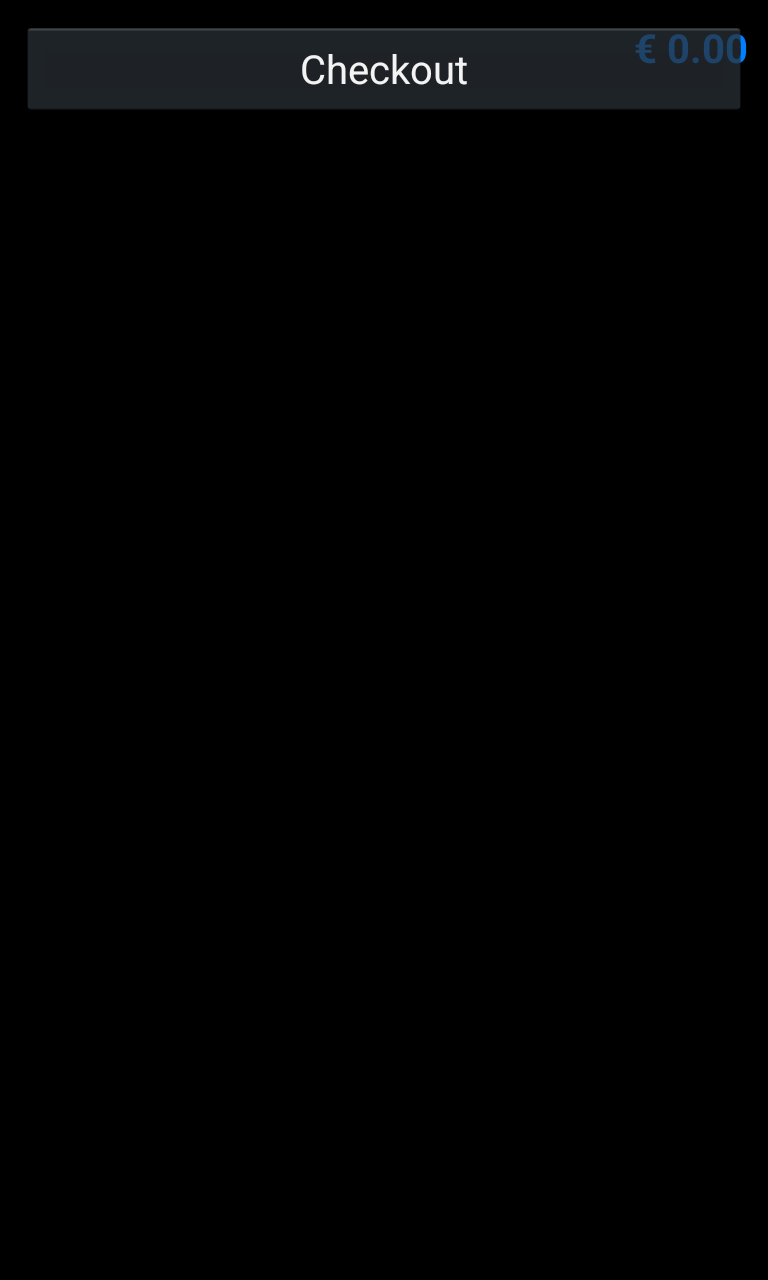
Repository: Adammdit/DT2283GUI
Layout: GunSmoke/res/layout/activity_main.xml
An editor plug-in stored every save of this project. The layout is shown before and after the next save, followed by the edit.
It is drawn on a 768 x 1280 px phone screen (xhdpi) without system bars, with theme android:Theme.Holo; the app's code is not run. Lists and similar views that code fills are empty.

Above is the layout before, as saved 2014-11-10 09:46:38.

### GunSmoke/res/layout/activity_main.xml
<RelativeLayout xmlns:android="http://schemas.android.com/apk/res/android"
    xmlns:tools="http://schemas.android.com/tools"
    android:id="@+id/LinearLayout1"
    android:layout_width="match_parent"
    android:layout_height="wrap_content"
    android:paddingBottom="10dp"
    android:paddingLeft="10dp"
    android:paddingRight="10dp"
    android:paddingTop="10dp"
    android:orientation="vertical"
    tools:context=".MainActivity" >

    <TextView
        android:id="@+id/cartTotal"
        android:layout_width="match_parent"
  		android:layout_height="wrap_content"
  		android:gravity="right"
        android:textSize="20sp"
  		android:text="€ 0.00"
  		android:textColor="@color/total"
  		android:textStyle="bold"
  		android:layout_weight="2"/>




    <ExpandableListView
        android:id="@+id/listView"
        android:layout_width="match_parent"
        android:layout_height="wrap_content"
        android:layout_weight="1" />


    <Button
        android:id="@+id/checkout"
        style="?android:attr/buttonStyleSmall"
        android:layout_width="fill_parent"
        android:layout_height="wrap_content"
        android:layout_gravity="bottom"
        android:layout_weight="0"
        android:textSize="20sp"
        android:layout_below="@+id/listView"
        android:text="Checkout" />

</RelativeLayout>

### GunSmoke/res/values/colors.xml
<?xml version="1.0" encoding="utf-8"?>
<resources>
	<color name="khaki">#663300</color>
	<color name="price">#E5FFCC</color>
	<color name="name">#CC6600</color>
	<color name="total">#0080FF</color>
	<color name="formBackground">#3D3D00</color>
</resources>

After the next save:
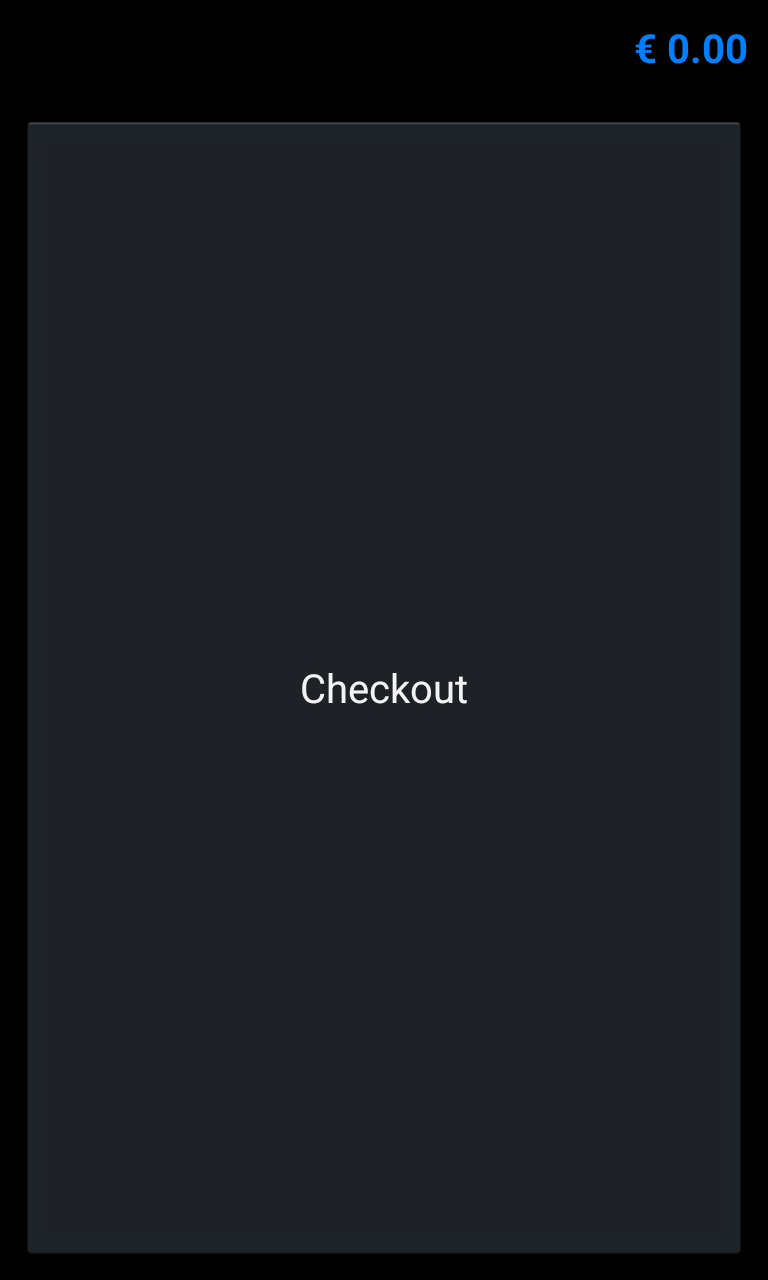
Saved 6 min 27 s later.
--- a/GunSmoke/res/layout/activity_main.xml
+++ b/GunSmoke/res/layout/activity_main.xml
@@ -28,7 +28,9 @@
         android:id="@+id/listView"
         android:layout_width="match_parent"
         android:layout_height="wrap_content"
-        android:layout_weight="1" />
+        android:layout_weight="1"
+        android:layout_below="@+id/cartTotal"
+        android:layout_marginBottom="20dp" />
 
 
     <Button
@@ -36,10 +38,10 @@
         style="?android:attr/buttonStyleSmall"
         android:layout_width="fill_parent"
         android:layout_height="wrap_content"
-        android:layout_gravity="bottom"
         android:layout_weight="0"
         android:textSize="20sp"
         android:layout_below="@+id/listView"
+        android:layout_alignParentBottom="true"
         android:text="Checkout" />
 
 </RelativeLayout>
